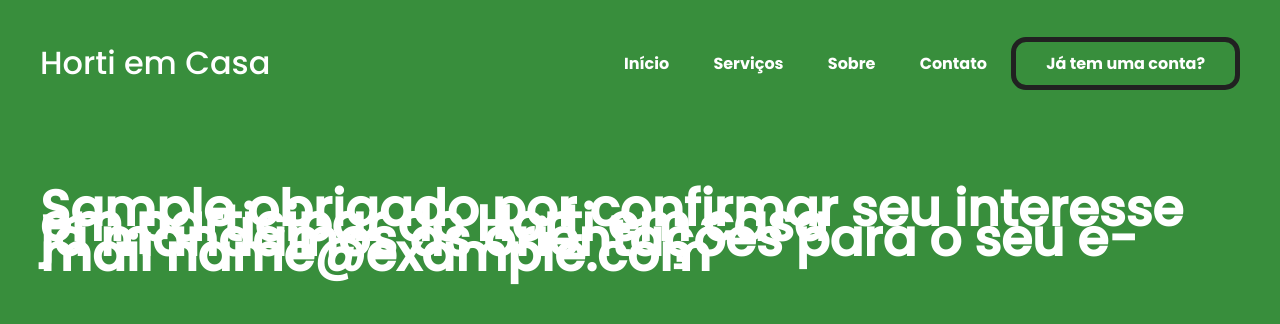
Repository: gabrielcastroo/horti-em-casa
Page: index.html
These files come from the project's save history. The page is drawn as it stood at one moment and after the next save; the edit follows.
The browser window is 1280 px wide. The pictures show the whole page.
Empty fields were first filled with sample values (such as "Sample", 5 or name@example.com).
After loading, the first visible `#submit` was clicked once.

Above is the page before, as saved 2022-04-26 15:13:12.

After the next save:
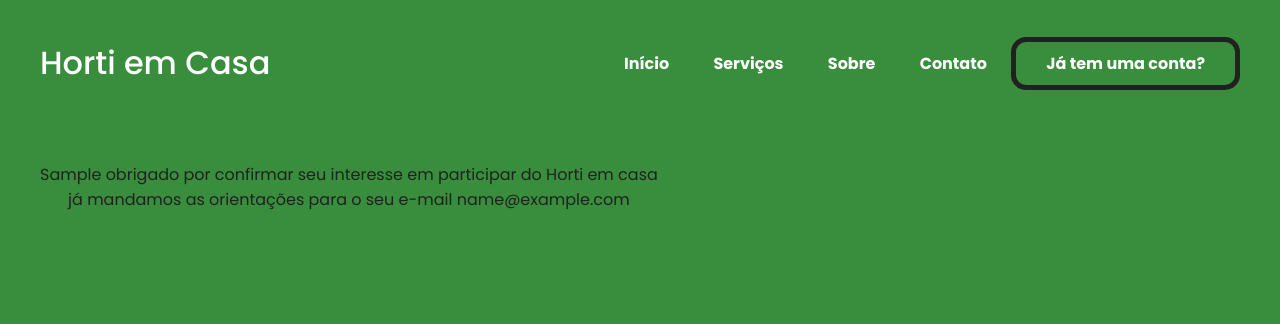
Saved 3 s later.
--- a/js/script.js
+++ b/js/script.js
@@ -8,7 +8,7 @@
     const email = document.querySelector("#email").value;
     const content = document.querySelector("main");
 
-    content.innerHTML= `<h2> ${name} obrigado por confirmar seu interesse em participar do Horti em casa <br> já mandamos as orientações para o seu e-mail ${email}</h2>`;
+    content.innerHTML= `<span id="content-user"> ${name} obrigado por confirmar seu interesse em participar do Horti em casa <br> já mandamos as orientações para o seu e-mail ${email}</span>`;
     console.log(name + " " + email)
 
 })
